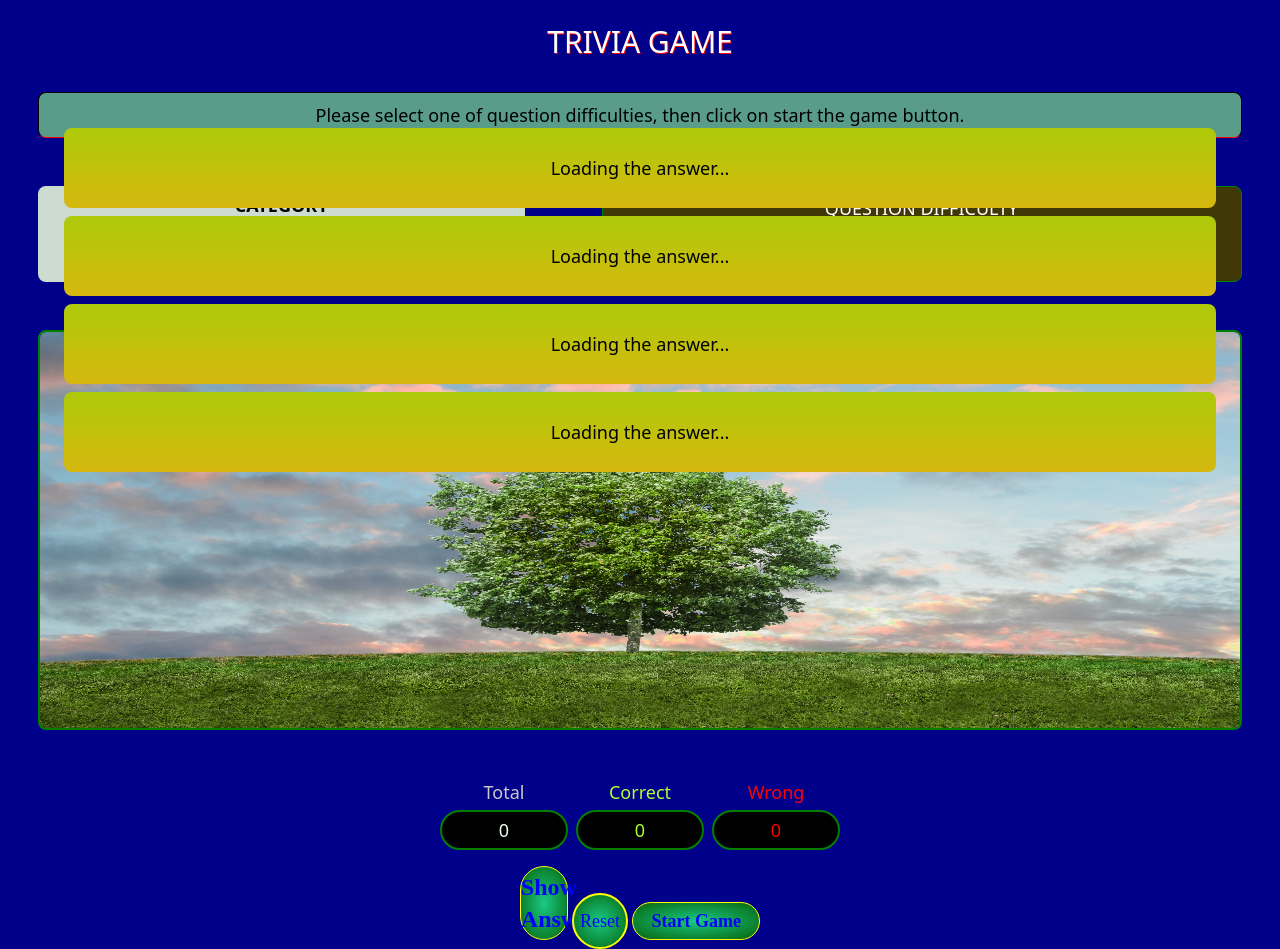
Repository: ShindanoSingi/bembe-trivia
Page: index.html
An editor plug-in stored every save of this project. The page is shown before and after the next save, followed by the edit.
The browser window is 1280 px wide. The pictures show the whole page.
Some web libraries are served in a nearby version.

Above is the page before, as saved 2022-09-08 01:32:57.

### index.html
<!DOCTYPE html>
<html lang="en">

    <head>
        <meta charset="UTF-8">
        <meta http-equiv="X-UA-Compatible" content="IE=edge">
        <meta name="viewport" content="width=device-width, initial-scale=1.0">
        <link rel="stylesheet" href="style.css">
        <script src="https://cdn.tailwindcss.com"></script>
        <title>Trivia Game</title>
    </head>

    <body class="">
        <div class="containerBox max-h-[100vh] my-2 flex flex-col gap-[3rem]">
            <h1 class="text-center text-3xl relative top-4" >TRIVIA GAME</h1>
            <div class="questionBox text-center w-[94vw] md:text-lg h-[6.5rem] p-2 md:p-2 mx-auto rounded-lg">
                Please select one of question difficulties, then click on start the game button.
            </div>
            <div class="category-and-difficulty-container items-center justify-around flex">
                <div class="category-container w-[38vw] md:h-[6rem] h-[4.5rem] bg-[#CDDCD1] flex items-center flex-col py-[0.3rem] rounded-lg">
                    <div class="labelCategory text-sm md:text-lg font-bold md:font-bold text-black">CATEGORY</div>
                    <div class="category text-sm md:text-lg text-center p-1 rounded-lg">
                        Loading category...
                    </div>
                </div>
                <div class="qDifficultyBox w-[50vw] pb-1 rounded-lg items-center flex h-[4.5rem] md:h-[6rem] justify-around flex-col">
                        <div id="question" class="qCat md:text-lg text-sm">QUESTION DIFFICULTY</div>
                        <div class="difficulties-container md:flex md:space-x-6 flex gap-1">
                            <button class="difficulty px-1.5 md:w-[6rem] text-sm md:text-lg rounded-full" id="easy">Easy</button>
                            <button class="difficulty md:w-[6rem] px-1.5 rounded-full md:text-lg text-sm" id="medium">Medium</button>
                            <button class="difficulty md:w-[6rem] px-1.5 text-sm md:text-lg rounded-full" id="hard">Hard</button>
                    </div>
                </div>
            </div>
            <div class="imgAndQuestions">
                <img class="w-[94vw] h-[25rem] mx-auto" src="pexels-skitterphoto-9198.jpg" alt="nature image">
                <div class="answersButtons absolute md:absolute md:bottom-[15.5rem] bottom-[17.2rem] ml-[5vw] flex space-y-2 items-center  flex-col">
                    <button class="showAnswer md:text-lg w-[90vw] p-1 absolute bottom-[17rem] mx-auto text-sm h-[5rem]">Loading the answer...</button>
                    <button class="response md:text-lg w-[90vw] p-1 text-center text-md h-[5rem]" id="response1">Loading the answer...</button>
                    <button class="response md:text-lg w-[90vw] p-1 text-md h-[5rem]" id="response2">Loading the answer...</button>
                    <button class="response md:text-lg w-[90vw] p-1 text-md h-[5rem]" id="response3">Loading the answer...</button>
                    <button class="response md:text-lg w-[90vw] p-1 text-md h-[5rem]" id="response4">Loading the answer...</button>
                    </div>
                </div>

            <div id="bottomPart" class="flex  mx-auto flex-col items-center gap-4">
                <div class="labelsAndButtons relative left-1 flex space-x-2">
                    <div class="question-number flex flex-col items-center">
                        <p class="labels md:text-lg pb-1" id="labelQ">Total</p>
                        <div class="bottombuttons md:w-[8rem] md:text-lg w-[5rem] text-center py-1" id="questionNumber">0</div>
                    </div>
                    <div class="correct-answers md:text-lg flex flex-col items-center">
                        <p class="labels pb-1" id="labelC">Correct</p>
                        <div class="bottombuttons md:text-lg w-[5rem] md:w-[8rem] text-center py-1" id="correct">0</div>
                    </div>
                    <div class="wrong-answers md:text-lg flex flex-col items-center">
                        <p class="labels pb-1" id="labelW">Wrong</p>
                        <div class="bottombuttons md:w-[8rem] md:text-lg w-[5rem] text-center py-1" id="wrong">0</div>
                    </div>
                    <div class="timerQuestionCorrectWrong"></div>
                </div>
                <div class="threeBottomButtons">
                    <button class="w-[8rem] text-lg md:text-2xl md:w-12 py-1" id="showAnswer">Show Answer</button>
                    <button class="reset text-lg p-1 w-[3.5rem] h-[3.5rem] rounded-full">Reset</button>
                    <button class="startGame text-lg w-[8rem] py-1">Start Game</button>
                </div>
            </div>
            </div>
        <script src="./script.js"></script>
    </body>
</html>

### style.css

/* iPhone 8 and smaller */

    /*  Set h1 text to red */
    h1 {
        color: #fff;
        text-shadow: 0.05rem 0.05rem red;
    }

    /* The box containing the question */
    .questionBox {
        color: rgb(0, 0, 0);
        border: 0.02rem solid;
        background-color: rgb(89, 156, 138);
        border-bottom-color: red;
    }

    /* Label for category */
    .labelCategory {
        color: white;
    }

    /* The show answer message box */
    .showAnswer {
        color: honeydew;
        visibility: hidden;
        border: 0.1rem solid green;
        border-radius: 0.5rem;
        background-color:rgb(2, 27, 3);
    }
    /*  Individual difficulty button */
    .difficulty {
        background-image: linear-gradient(rgb(16, 221, 142), rgb(4, 58, 7));
        border: 0.2rem solid rgb(21, 139, 35);
        color: white;
    }

    /*  Class containing all difficulty buttons */
    .difficulties-container {
        border-color: green;
    }
    /* The box containing difficulty buttons */
    .qDifficultyBox {
        border: 0.14vh solid green;
        background-color: rgb(65, 56, 8);
        color: white;
    }

    /* image */
    img {
        border: 0.15rem solid green;
        border-radius: 0.5rem;
    }
    /* all response buttons */
    .response {
        border-color: green;
        background-image: linear-gradient(rgb(173, 202, 9), rgb(214, 184, 14));
        color: black;
        border-radius: 0.5rem;
    }
    /* All response buttons */
    .response:hover {
        background-image: linear-gradient(rgb(32, 90, 165), rgb(72, 168, 192));
    }

    /* Show answer button */
    #showAnswer {
        color: blue;
        border: 0.54vh solid green;
        border: 0.27vh solid yellow;
        border-radius: 20rem;
        font-family: cursive;
        font-weight: bold;
        background-image: radial-gradient(rgb(25, 201, 133), rgb(6, 99, 10));
    }
    #showAnswer:hover {
        background-image: radial-gradient(rgb(201, 25, 25), rgb(93, 99, 6));
        color: white;
    }
    /* Start game button */
    .startGame {
        color: blue;
        border: 0.54vh solid green;
        border: 0.27vh solid yellow;
        border-radius: 20rem;
        font-family: cursive;
        font-weight: bold;
        background-image: radial-gradient(rgb(25, 201, 133), rgb(6, 99, 10));
    }
    /* Start game button */
    .startGame:hover {
        background-image: radial-gradient(rgb(201, 25, 25), rgb(93, 99, 6));
        color: white;
    }
    /* Reset button */
    .reset {
        color: blue;
        border: 0.5rem solid green;
        border: 0.15rem solid yellow;
        font-family: cursive;
        background-image: radial-gradient(rgb(25, 201, 133), rgb(6, 99, 10));
    }
    /* Reset button */
    .reset:hover {
        background-image: radial-gradient(rgb(201, 25, 25), rgb(93, 99, 6));
        color: white;
    }

    /* Class containing the 3 bottom labels  (total questions, correct answers and wrong answers) */
    .question-number {
        color: rgb(205, 200, 200);
    }

    .correct-answers {
        color: greenyellow;
    }

    .wrong-answers {
        color: red;
    }

    /* The bottom boxes for total question number, correct answers and wrong answers */
    .bottombuttons {
        border: 0.15rem solid green;
        background-color: black;
        color: honeydew;
        border-radius: 2rem;
    }

    /* Set the wrong anser to red */
    #wrong {
        color: rgb(255, 0, 0);
    }
    /* Set the correct anser to green */
    #correct {
        color: greenyellow;
    }

    /* Change the color when "easy" button is hovered over */
    #easy:hover {
        background-image: linear-gradient(rgb(202, 9, 9), rgb(214, 184, 14));
    }
    /* Change the color when "easy" button is hovered over */
    #medium:hover {
        background-image: linear-gradient(rgb(202, 9, 9), rgb(214, 184, 14));
    }
    /* Change the color when "easy" button is hovered over */
    #hard:hover {
        background-image: linear-gradient(rgb(202, 9, 9), rgb(214, 184, 14));
    }

    body {
      background-color: darkblue;
    }

### script.js
// Declaring variables

// Capture win window
let winWindow = document.querySelector('.win');

// Declae win reset button
let winResetButton = document.querySelector('.winReset');

// define lose reset button
let loseResetButton = document.querySelector('.loseReset');

// define lose window
let loseWindow = document.querySelector('.lose');

// define win image
let winImage = document.querySelector('.winImage')

// define a message if the payer loses the game
let loseMessage = document.querySelector('#losePar');

// define
let video = document.querySelector('#myVideo');

// Get Body content
let body = document.querySelector('body');

// This will hold category information
let category = document.querySelector('.category');

// This will hold the question
let question = document.querySelector('.questionBox');

// This is for all response buttons
let answerButtons = document.querySelector('.answersButtons');

// Define difficulty buttons
let difficultyButtons = document.querySelector('.difficulties-container');

// Define image
let image = document.querySelector('img');

// Define audio button
let audioButton = document.querySelector('.audio');

// Declaring individual difficulty buttons
let easyButton = document.querySelector('#easy');
let mediumButton = document.querySelector('#medium');
let hardButton = document.querySelector('#hard');

// This is for individual responses
let response1 = document.querySelector('#response1');
let response2 = document.querySelector('#response2');
let response3 = document.querySelector('#response3');
let response4 = document.querySelector('#response4');

// Define the total number of questions' box.
let totNumQuestionsBox = document.querySelector('#questionNumber');

// This will hold number of correct answers
let cAnswer = document.querySelector('#correct');

// This will hold number of wrong answers
let wAnswer = document.querySelector('#wrong');

// Define the "show answer" button
let showAnswerButton = document.querySelector('#showAnswer');

let corrAnswer;

// Create new audio objects
// Code source: https://www.w3schools.com/jsref/met_audio_play.asp
let audio = new Audio('general-logo-13395.mp3');

let questionscoreCount = 0;
let correctAnswerScoreCount = 0;
let wrongAnswerscoreCount = 0;
let scoreCount = 0;
let clear = '';
let difficulty = '';

// Set winning scoreCount
let winningscoreCount = 6;

let highscoreCount = 0;

let startGame = document.querySelector('.startGame');

// Takes the response from fetch
let triviaQuestion;

// Define a global url which will be accessed by multiple functions
let url;

// Array of all Images/jpg
// https://www.pexels.com/search/environment/
let arrayImages = [];
arrayImages.push('pexels-ákos-szabó-440731.jpg');
arrayImages.push('pexels-atikul-haque-rafat-679598.jpg');
arrayImages.push('pexels-felix-mittermeier-957024.jpg');
arrayImages.push('pexels-ian-turnell-709552.jpg');
arrayImages.push('pexels-karolina-grabowska-5750182.jpg');
arrayImages.push('pexels-mahima-1250260.jpg');
arrayImages.push('pexels-mali-maeder-142497.jpg');
arrayImages.push('pexels-matthias-cooper-580900.jpg');
arrayImages.push('pexels-min-an-1131458.jpg');
arrayImages.push('pexels-minamarie-michell-570041.jpg');
arrayImages.push('pexels-olya-kobruseva-5236397.jpg');
arrayImages.push('pexels-pixabay-33044.jpg');
arrayImages.push('pexels-pixabay-221012.jpg');
arrayImages.push('pexels-pixabay-235615.jpg');
arrayImages.push('pexels-pixabay-259280.jpg');
arrayImages.push('pexels-pixabay-302804.jpg');
arrayImages.push('pexels-pixabay-414090.jpg');
arrayImages.push('pexels-pixabay-459225.jpg');
arrayImages.push('pexels-pixabay-459225.jpg');
arrayImages.push('pexels-pixabay-460621.jpg');
arrayImages.push('pexels-scott-webb-1048033.jpg');
arrayImages.push('pexels-skitterphoto-9198.jpg');
arrayImages.push('pexels-sohail-na-807598.jpg');

// for correct and wrong answer song; source code:
// https://www.dreamstime.com/stock-music-sound-effect/wrong-answer-answer.html

// Reset the game when the "Reset" button is clicked
let resetButton = document.querySelector('.reset');
resetButton.addEventListener('click', () => {

    // Code source: https://www.w3schools.com/jsref/met_audio_play.asp
    audio.volume = 0.2;

    // Refresh the page/window
    window.location.reload();
});

// Assign color to all answer buttons and call "play" function
let startButton = () => {

    // Increament the score count.
    scoreCount++;

    // Select all responses buttons.
    let responses = document.querySelectorAll('.response');
    responses.forEach(response => {
        response.style.backgroundImage = 'linear-gradient(rgb(173, 202, 9), rgb(57, 14, 214));'
    })

    // When the "Start The Game" button is presNexted, Call "play" function
    play();
}

// Select difficulty buttons
difficultyButtons.addEventListener('click', e => {

    // Target the element/button by its id.
    difficulty = e.target.id;

    // Only change the color "easy" button is selected, then enable "Start The Game"
    if (difficulty === 'easy') {

        // Only change the background of "easy button" to a different color, and let other bottons'
        // colors unchanged.
        e.target.style.backgroundImage = 'linear-gradient(rgb(9, 25, 202), rgb(81, 14, 214))';
        mediumButton.style.backgroundImage = `linear-gradient(rgb(16, 221, 142), rgb(4, 58, 7))`;
        hardButton.style.backgroundImage = `linear-gradient(rgb(16, 221, 142), rgb(4, 58, 7))`;

        // Start the Game when "Start The Game" is clicked
        let startGame = document.querySelector('.startGame');
        startGame.addEventListener('click', () => {
            startButton();
        });
    }

    // Only change the color "medium" button is selected, then enable "Start The Game"
    else if (difficulty === 'medium') {

        // Only change the background of "medium button" to a different color, and let other bottons'
        // colors unchanged.
        e.target.style.backgroundImage = 'linear-gradient(rgb(9, 25, 202), rgb(81, 14, 214))';
        easyButton.style.backgroundImage = `linear-gradient(rgb(16, 221, 142), rgb(4, 58, 7))`;
        hardButton.style.backgroundImage = `linear-gradient(rgb(16, 221, 142), rgb(4, 58, 7))`;

        // Start the Game when "Start The Game" is clicked
        startGame.addEventListener('click', () => {
            startButton();
        });
    }

    // Only change the color "hard" button is selected, then enable "Start The Game"
    else if (difficulty === 'hard') {

        // Only change the background of "hard button" to a different color, and let other bottons'
        // colors unchanged.
        e.target.style.backgroundImage = 'linear-gradient(rgb(9, 25, 202), rgb(81, 14, 214))';
        mediumButton.style.backgroundImage = `linear-gradient(rgb(16, 221, 142), rgb(4, 58, 7))`;
        easyButton.style.backgroundImage = `linear-gradient(rgb(16, 221, 142), rgb(4, 58, 7))`;



        // Start the Game when "Start The Game" is clicked
        startGame.addEventListener('click', () => {
            startButton();
        });
    }

    // Return the value of the chosen difficulty button.
    return difficulty;
})



// Play the game when the start game button is click.
function play() {

    // Define and get a random number
    // Source: https://www.w3schools.com/jsref/jsref_random.asp
    let randomQuestion = Math.floor(Math.random() * 10 + 9);

    // Get the question from the API
    // Source: https://opentdb.com/api_config.php
    url = `https://opentdb.com/api.php?amount=50&difficulty=${difficulty}&type=multiple`

    // Define an empty array that will hold the correct answer and 3 wrong answers
    let arr = [];

    // fetch the the result for the above url.
    fetch(url)
        .then(res => {
            return res.json()
        })

        .then(res => {

            triviaQuestion = res;

            // Capture the correct from the response
            corrAnswer = res.results[0].correct_answer;

            arr.push(res.results[0].correct_answer);
            arr.push(res.results[0].incorrect_answers[0])
            arr.push(res.results[0].incorrect_answers[2])
            arr.push(res.results[0].incorrect_answers[1])

            category.innerHTML = res.results[0].category
            question.innerHTML = res.results[0].question

            // Assigning answers to answers buttons
            response1.innerHTML = arr[0];
            response2.innerHTML = arr[1];
            response3.innerHTML = arr[2];
            response4.innerHTML = arr[3];

            // Shuffling the array to avoid answers pattern.
            for (let i = arr.length - 1; i > 0; i--) {
                let j = Math.floor(Math.random() * (i + 1))

                let tempNum = arr[i];
                arr[i] = arr[j];
                arr[j] = tempNum;
            }
        })
}


// Track the clicking event of each answerButton
answerButtons.addEventListener('click', (event) => {

    // Check if the selected answer is equal to correct answer
    if (event.target.innerText === triviaQuestion.results[0].correct_answer) {

        // Increment total number of question
        scoreCount++;

        // Increament the the number of correct answers.
        correctAnswerScoreCount++;

        // Write the correct answer in the correct answer box
        cAnswer.innerText = correctAnswerScoreCount;

        for (let i = arrayImages.length - 1; i > 0; i--) {
            let j = Math.floor(Math.random() * (i + 1))

            let tempNum = arrayImages[i];
            arrayImages[i] = arrayImages[j];
            arrayImages[j] = tempNum;
        }

        // Play a random video
        image.src = arrayImages[1];

        // Set the background of the correct answer to green
        event.target.style.backgroundImage = `linear-gradient(rgb(0, 255, 106),
        rgb(9, 106, 28))`;

        // Call the next question
        nextQuestion()
    }

    // Check if the selected answer is not equal to the correct answer
    else if (event.target.innerText !== triviaQuestion.results[0].correct_answer) {

        // Play this audio if the answer is incorrect
        let audioWrongAnswer = new Audio('wrongAnswer.mp3');


        for (let i = arrayImages.length - 1; i > 0; i--) {
            let j = Math.floor(Math.random() * (i + 1))

            let tempNum = arrayImages[i];
            arrayImages[i] = arrayImages[j];
            arrayImages[j] = tempNum;
        }

        // Play a random video
        image.src = arrayImages[0];

        // Incremment scoreCount
        scoreCount++;

        // Increament the the number of incorrect answers.
        wrongAnswerscoreCount++;

        // Set the background of the correct answer to red
        event.target.style.backgroundImage = 'linear-gradient(rgb(220, 7, 7), #fa0a0a)';

        // Write the incorrect answer in the wrong answer box
        wAnswer.innerHTML = wrongAnswerscoreCount;
    }

    // Call the next question
    nextQuestion();
})

// Refresh the window reset all numbers to 0 and all texts to empty.
function refreshWindow() {
    window.location.reload()
}

// This function runs when the player calls for the next question.
function nextQuestion() {


    // Source: https://www.w3schools.com/jsref/jsref_random.asp
    let randomQuestions = Math.floor(Math.random() * 10 + 9);

    let urlNext = `https://opentdb.com/api.php?amount=1&category=${randomQuestions}&type=multiple`

    let arrNext = [];

    fetch(urlNext)
        .then(resNext => {
            return resNext.json()
        })

        .then(resNext => {

            // Capture the correct from the response
            corrAnswer = resNext.results[0].correct_answer;

            // Assign the response from fetch to triviaQuestion
            triviaQuestion = resNext;

            arrNext.push(resNext.results[0].correct_answer);
            arrNext.push(resNext.results[0].incorrect_answers[0])
            arrNext.push(resNext.results[0].incorrect_answers[2])
            arrNext.push(resNext.results[0].incorrect_answers[1])

            // Shuffling the array to avoid answers pattern.
            // source: https://www.geeksforgeeks.org/how-to-shuffle-an-array-using-javascript/

            for (let i = arrNext.length - 1; i > 0; i--) {
                let j = Math.floor(Math.random() * (i + 1))

                let tempNums = arrNext[i];
                arrNext[i] = arrNext[j];
                arrNext[j] = tempNums;
            }

            // Assigning original coloanswers to answers buttons
            response1.innerHTML = arrNext[0];
            response1.style.backgroundImage = 'linear-gradient(rgb(173, 202, 9), rgb(57, 14, 214))'

            response2.innerHTML = arrNext[1];
            response2.style.backgroundImage = 'linear-gradient(rgb(173, 202, 9), rgb(57, 14, 214))'

            response3.innerHTML = arrNext[2];
            response3.style.backgroundImage = 'linear-gradient(rgb(173, 202, 9), rgb(57, 14, 214))'

            response4.innerHTML = arrNext[3];
            response4.style.backgroundImage = 'linear-gradient(rgb(173, 202, 9), rgb(57, 14, 214))'

            category.innerHTML = resNext.results[0].category
            question.innerHTML = resNext.results[0].question

            console.log(resNext.results[0])

        })
}

// Display the answer if the "show Andwer" button is clicked for 1 second, then hide the answer.
showAnswerButton.addEventListener('click', () => {
    let answerBox = document.querySelector('.showAnswer');

    setTimeout(function () {
        answerBox.style.visibility = 'visible';
        answerBox.style.zIndex = '100';

        answerBox.innerHTML = corrAnswer;
        //Hide the answer
        setTimeout(function () {
            answerBox.style.visibility = 'hidden';

        }, 1000)
    }, 1000)

    if (answerBox.innerHTML === 'undefined') {
        answerBox.innerHTML = "Loading the answer...";
    }
    else {
        answerBox.innerHTML = "Loading the answer...";
    }
})

After the next save:
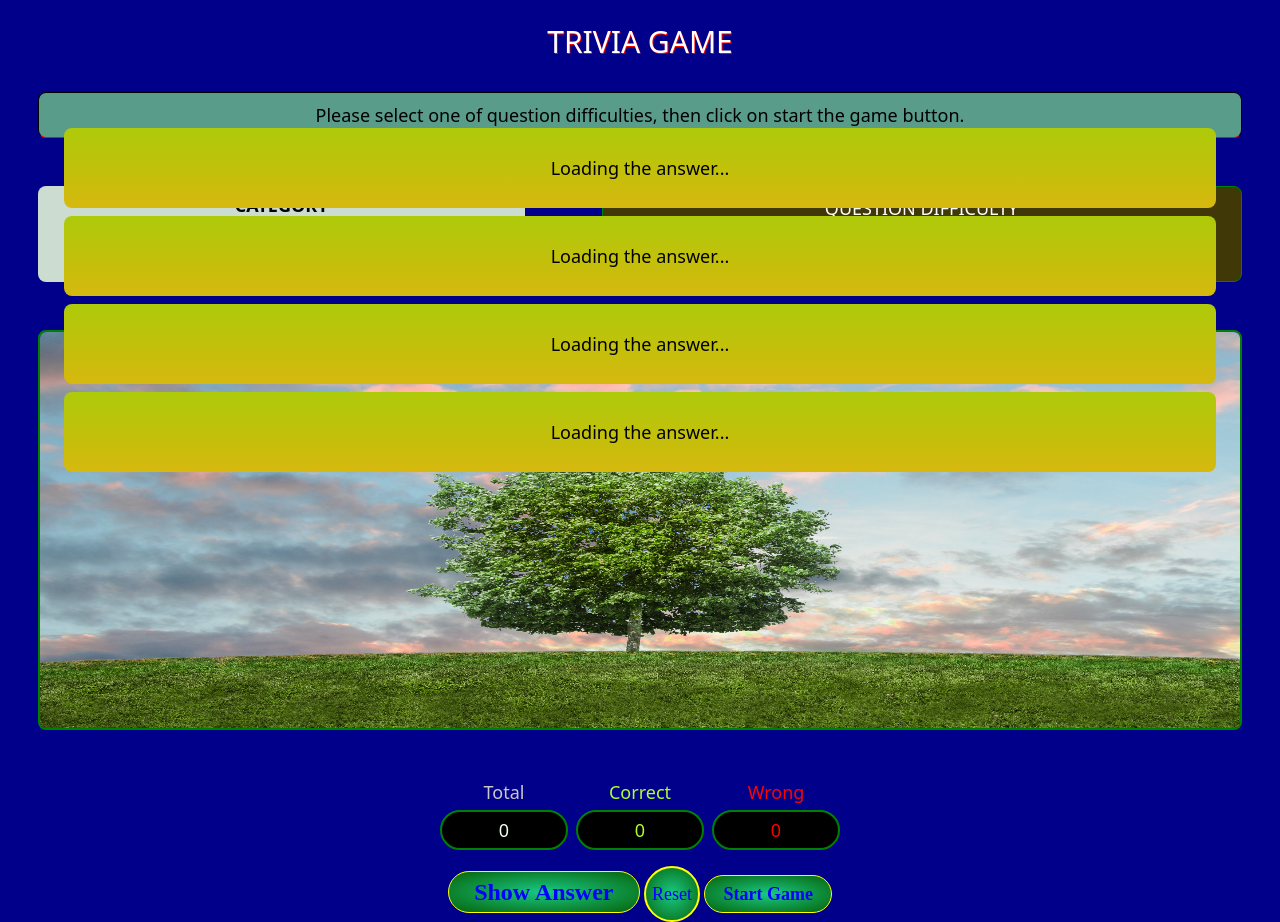
Saved 5 s later.
--- a/index.html
+++ b/index.html
@@ -60,7 +60,7 @@
                     <div class="timerQuestionCorrectWrong"></div>
                 </div>
                 <div class="threeBottomButtons">
-                    <button class="w-[8rem] text-lg md:text-2xl md:w-12 py-1" id="showAnswer">Show Answer</button>
+                    <button class="w-[8rem] text-lg md:text-2xl md:w-48 py-1" id="showAnswer">Show Answer</button>
                     <button class="reset text-lg p-1 w-[3.5rem] h-[3.5rem] rounded-full">Reset</button>
                     <button class="startGame text-lg w-[8rem] py-1">Start Game</button>
                 </div>
